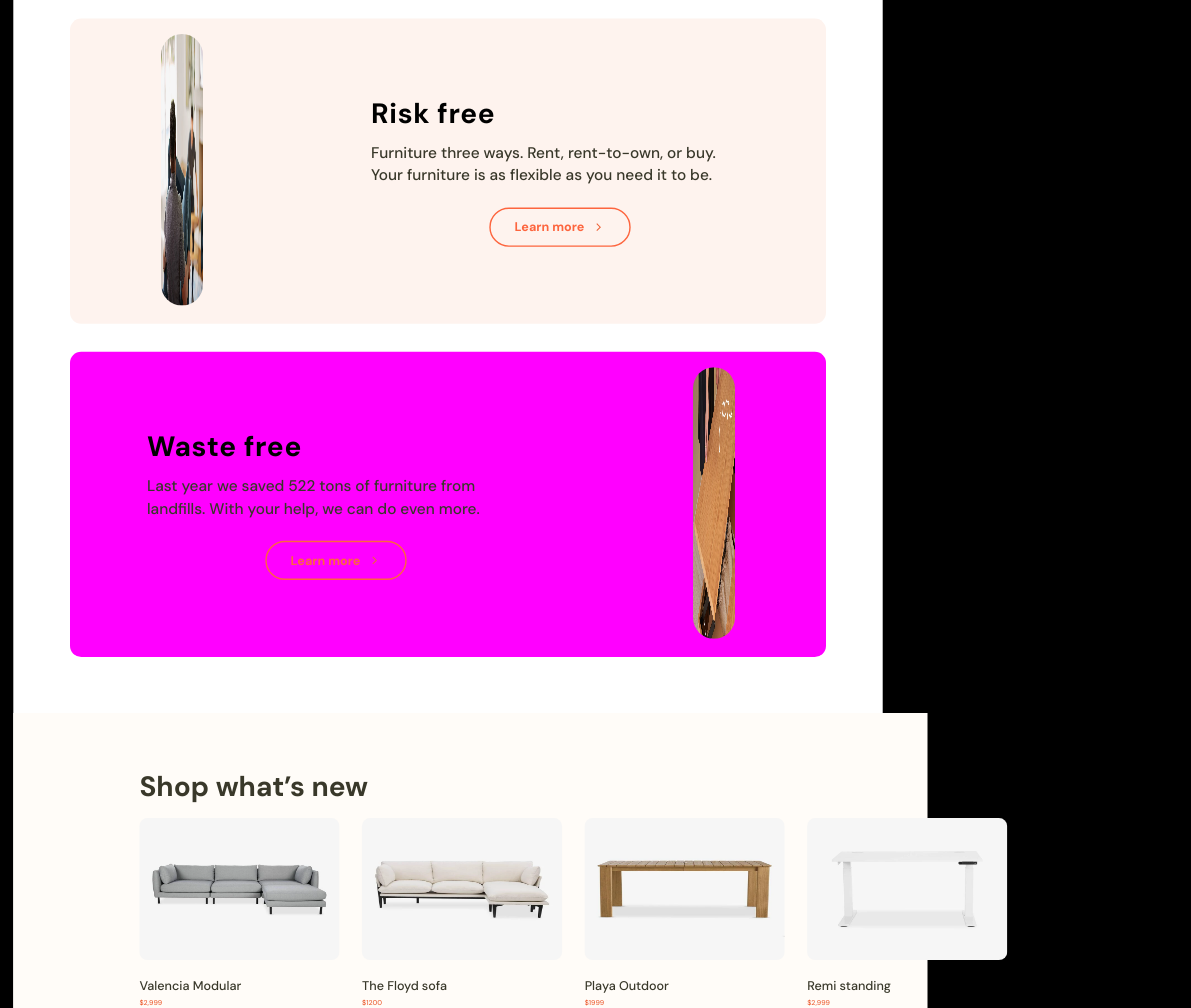
Repository: noman-source/Furniture-website
Page: index.html
An editor plug-in stored every save of this project. The page is shown before and after a run of saves, followed by the edit.
The browser window is 1280 px wide. The page is 1702 px wide, so the pictures cover 1702 px, including what lies to the right of the window. The pictures show the part of the page from y = 2331 to 3771 px (the page is 4311 px tall), at 70% of full size.

Above is the page before, as saved 2025-07-04 13:11:06.

After the next 2 saves:
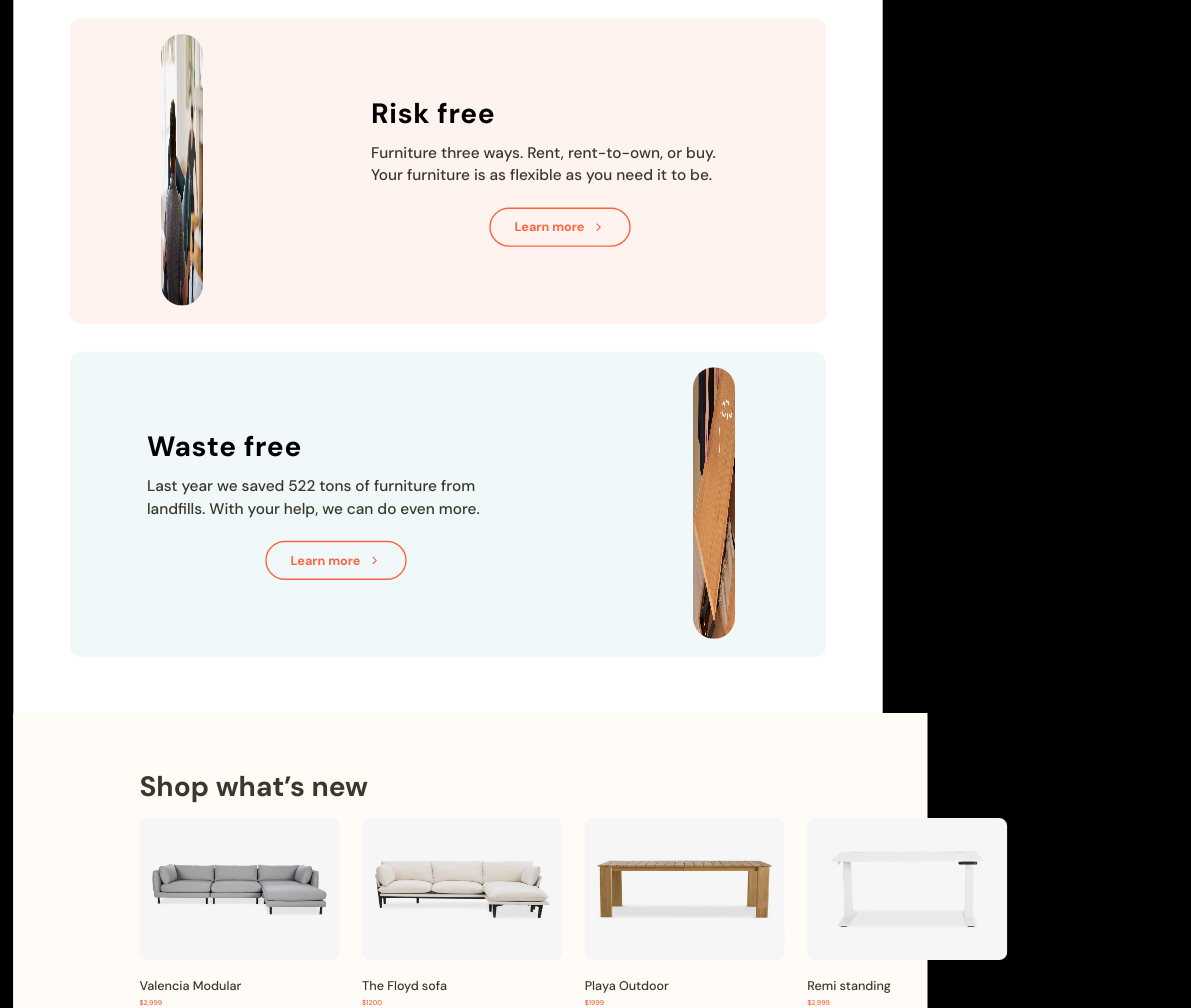
The 2 saves are shown as one change because they came seconds apart.
The last was saved 7 s later.
--- a/style.css
+++ b/style.css
@@ -322,7 +322,7 @@
 }
 
 .section5 .section5-end {
-    background-color: #F0F;
+    background-color: #F0F8FA;
     display: flex;
     justify-content: space-around;
     align-items: center;
